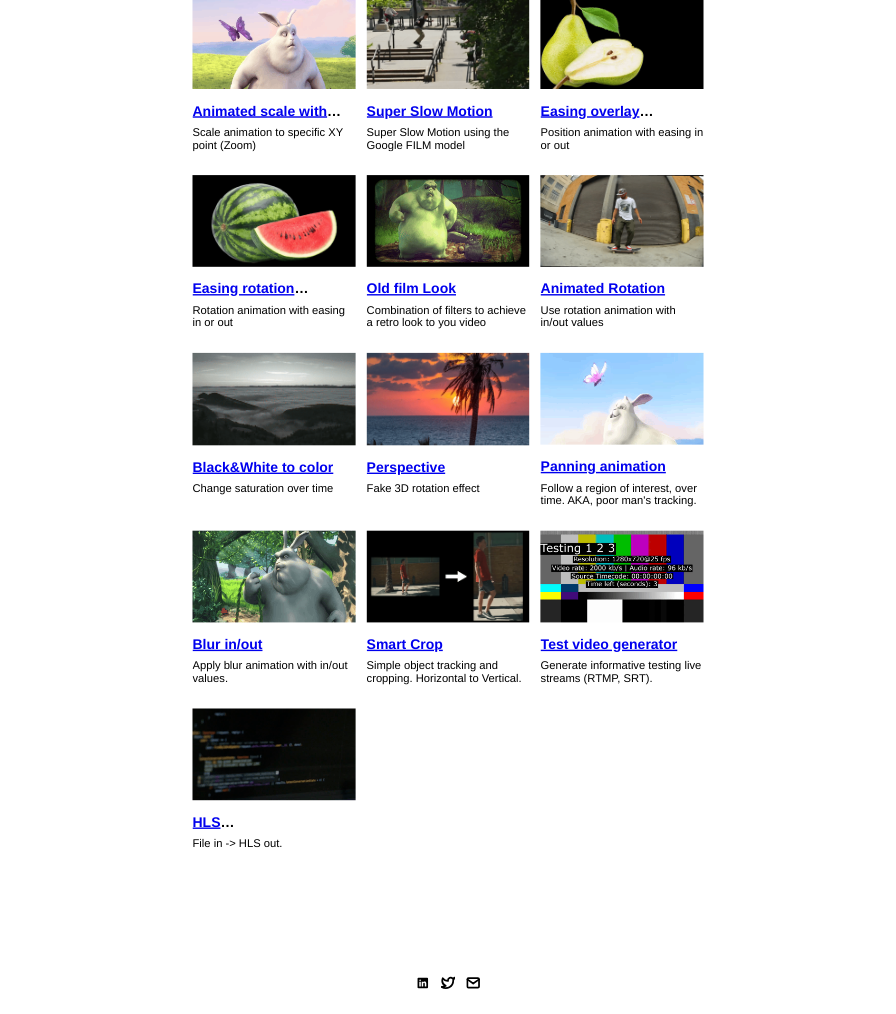
Repository: OrenShalmy/orenshalmy.github.io
Page: index.html
The author's editor kept a copy of each file at every save. The page is drawn from the files as they stood at one save, then again after the next save.
The browser window is 1280 px wide. The pictures show the part of the page from y = 793 to 2713 px (the page is 2241 px tall before and 3417 px after), at 70% of full size.

Above is the page before, as saved 2024-09-13 18:36:02.

After the next save:
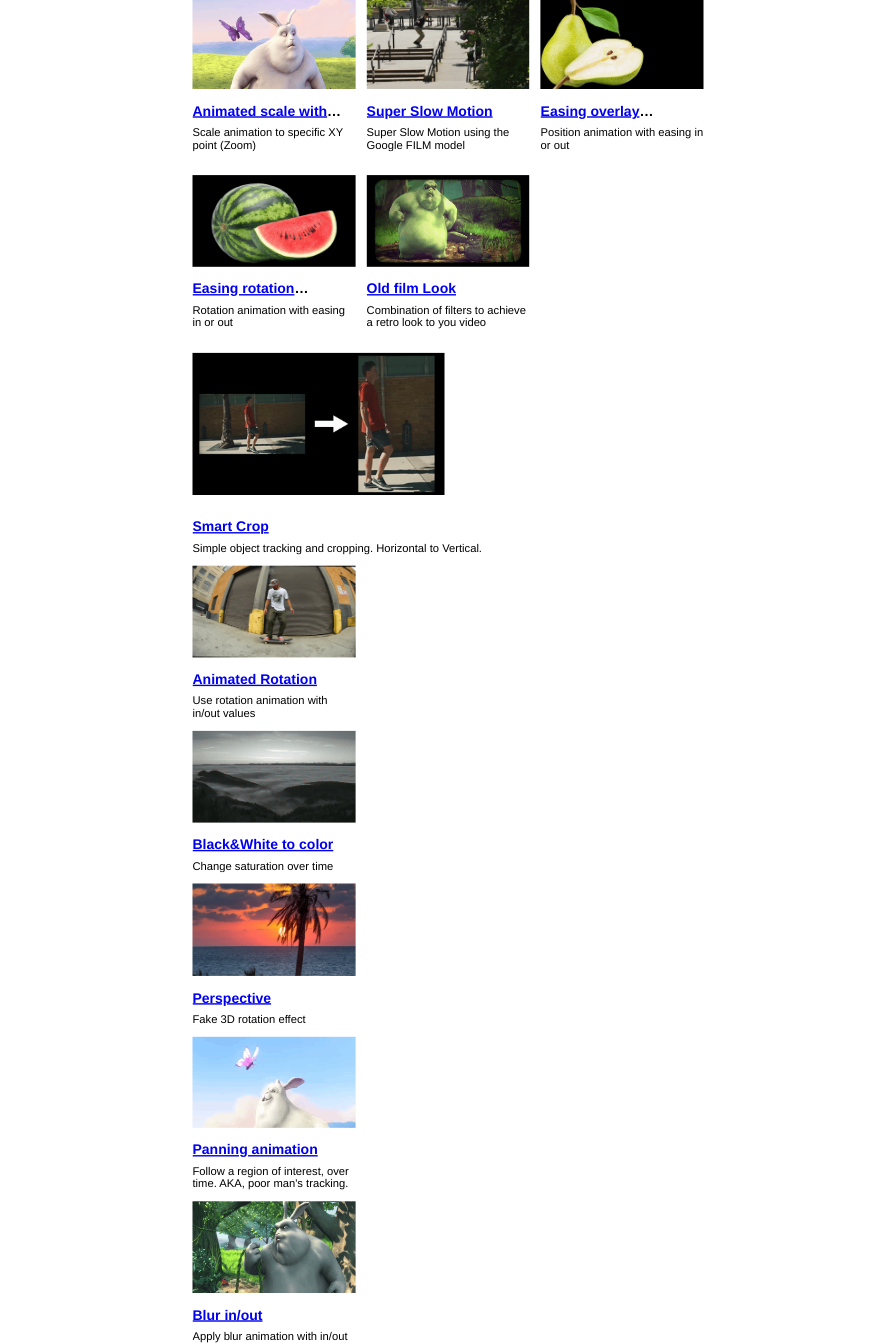
Saved 47 s later.
--- a/index.html
+++ b/index.html
@@ -104,6 +104,14 @@
             </div>
           </div>
 
+          <div class="project-card"></div>
+            <img src="assets/media/h2v.gif">
+            <div class="project-card-text-container">
+                <div class="subheader-text project-title"><a href="project-pages/h2v.html">Smart Crop</a></div>
+                <div class="body-text project-card-text">Simple object tracking and cropping. Horizontal to Vertical.</div>
+            </div>
+        </div>
+
           <div class="project-card">
               <img src="assets/media/rotation.gif">
               <div class="project-card-text-container">
@@ -143,14 +151,6 @@
               <div class="body-text project-card-text">Apply blur animation with in/out values. </div>
             </div>
           </div>
-
-          <div class="project-card">
-            <img src="assets/media/h2v.gif">
-            <div class="project-card-text-container">
-                <div class="subheader-text project-title"><a href="project-pages/h2v.html">Smart Crop</a></div>
-                <div class="body-text project-card-text">Simple object tracking and cropping. Horizontal to Vertical.</div>
-            </div>
-        </div>
 
           <div class="project-card">
               <img src="assets/media/testpattern.gif">

After the save that followed:
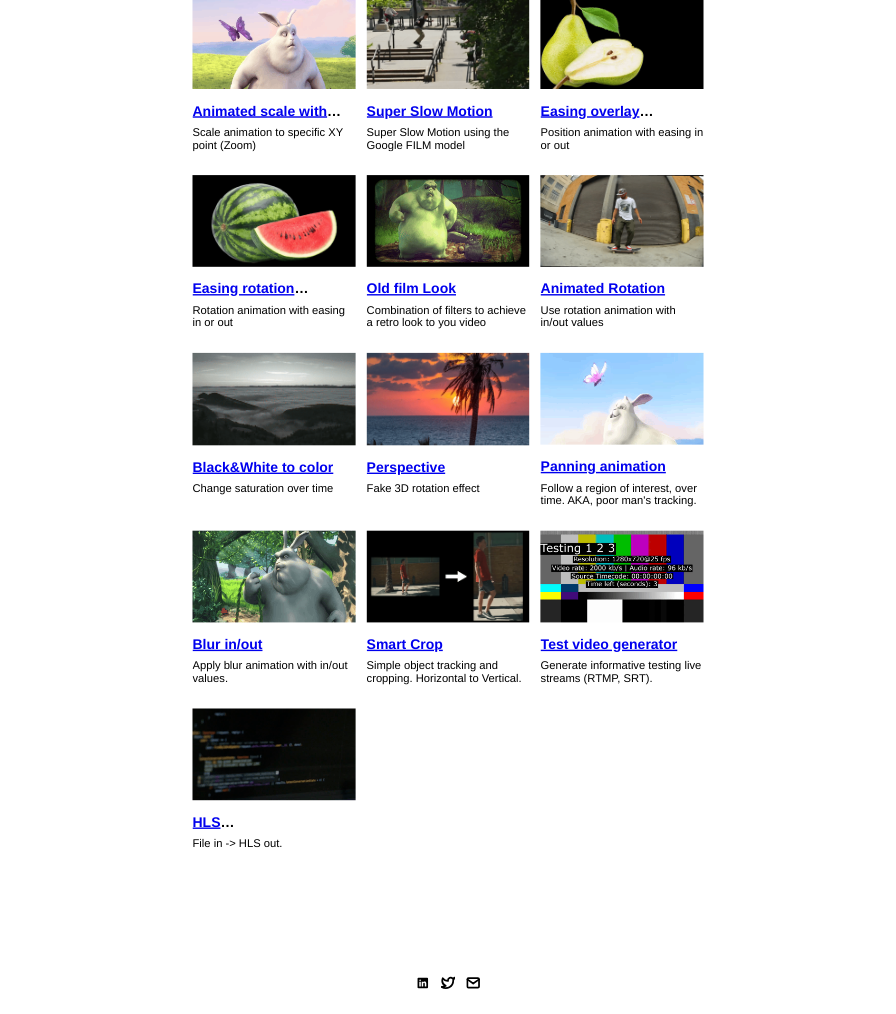
Saved 20 s later.
--- a/index.html
+++ b/index.html
@@ -104,14 +104,6 @@
             </div>
           </div>
 
-          <div class="project-card"></div>
-            <img src="assets/media/h2v.gif">
-            <div class="project-card-text-container">
-                <div class="subheader-text project-title"><a href="project-pages/h2v.html">Smart Crop</a></div>
-                <div class="body-text project-card-text">Simple object tracking and cropping. Horizontal to Vertical.</div>
-            </div>
-        </div>
-
           <div class="project-card">
               <img src="assets/media/rotation.gif">
               <div class="project-card-text-container">
@@ -151,6 +143,14 @@
               <div class="body-text project-card-text">Apply blur animation with in/out values. </div>
             </div>
           </div>
+
+          <div class="project-card">
+            <img src="assets/media/h2v.gif">
+            <div class="project-card-text-container">
+                <div class="subheader-text project-title"><a href="project-pages/h2v.html">Smart Crop</a></div>
+                <div class="body-text project-card-text">Simple object tracking and cropping. Horizontal to Vertical.</div>
+            </div>
+        </div>
 
           <div class="project-card">
               <img src="assets/media/testpattern.gif">
